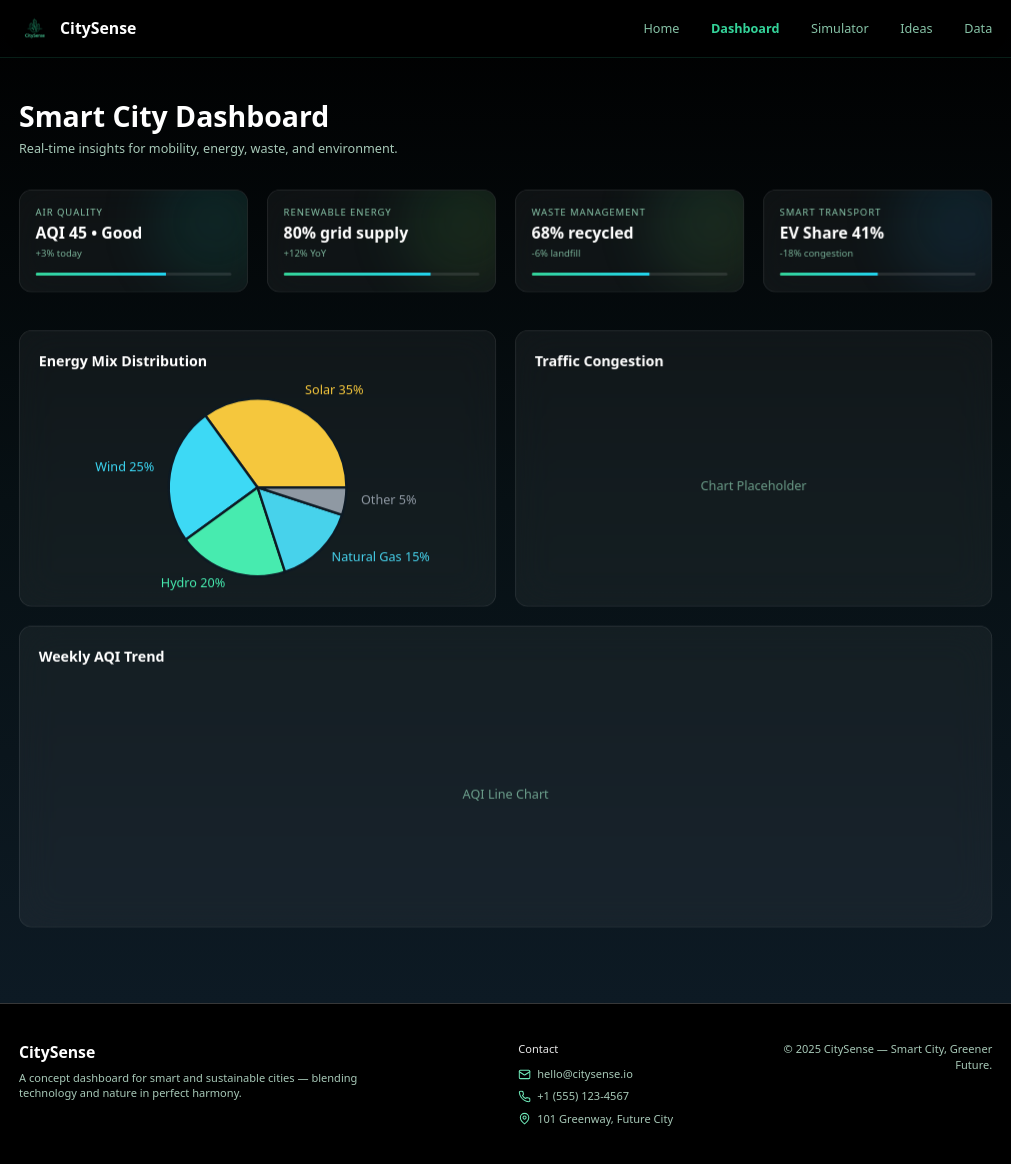
Repository: crashyet/CitySense
Page: /dashboard
The author's editor kept a copy of each file at every save. The page is drawn from the files as they stood at one save, then again after the next save.
The browser window is 1280 px wide. The pictures show the whole page, at 79% of full size.
The project was rebuilt for these pictures with package versions that can differ from the ones it lists, and the page was loaded fresh each time. Also part of the build but not shown: vite.config.js, src/pages/landing/Hero.jsx, src/pages/landing/DashboardPreview.jsx, src/pages/landing/Infographic.jsx, src/pages/landing/Community.jsx, src/pages/landing/index.jsx, src/pages/Simulator/index.jsx, src/pages/Ideas/index.jsx and 1 more.

Above is the page before, as saved 2025-11-16 23:19:43.

### src/App.jsx
import { Routes, Route } from "react-router-dom";

import Landing from "./pages/landing";
import Dashboard from "./pages/Dashboardpack";
import Simulator from "./pages/Simulator";
import Ideas from "./pages/Ideas";
import DataPage from "./pages/Data";

export default function App() {
  return (
    <Routes>
      <Route path="/" element={<Landing />} />
      <Route path="/dashboard" element={<Dashboard />} />
      <Route path="/simulator" element={<Simulator />} />
      <Route path="/ideas" element={<Ideas />} />
      <Route path="/data" element={<DataPage />} />
    </Routes>
  );
}

### src/pages/Dashboardpack/index.jsx
import Navbar from "../../components/Navbar";
import Footer from "../../components/Footer";
import EnergyPieChart from "../../components/EnergyPieChart";

export default function Dashboardpack() {
  return (
    <>
      <Navbar />

      <div className="relative w-full bg-gradient-to-b from-black via-[#071014] to-[#0d1a24] text-white pb-24 pt-32">
        <div className="mx-auto max-w-7xl px-6">

          {/* Header */}
          <div className="mb-10">
            <h1 className="text-3xl md:text-4xl font-semibold">Smart City Dashboard</h1>
            <p className="text-emerald-100/80 mt-2">
              Real-time insights for mobility, energy, waste, and environment.
            </p>
          </div>

          {/* Top Stats */}
          <div className="grid grid-cols-1 md:grid-cols-2 lg:grid-cols-4 gap-6 mb-12">

            {/* CARD 1 */}
            <div className="group relative overflow-hidden rounded-2xl border border-white/10 bg-white/5 p-5 backdrop-blur-xl transition hover:border-emerald-300/40">
              <div className="absolute -right-10 -top-10 h-40 w-40 rounded-full bg-gradient-to-br
              from-cyan-500/30 to-emerald-500/30 opacity-40 blur-2xl" />

              <div className="relative">
                <p className="text-xs uppercase tracking-widest text-emerald-200/80">Air Quality</p>
                <p className="mt-1 text-xl font-semibold">AQI 45 • Good</p>
                <p className="text-xs text-emerald-200/70 mt-1">+3% today</p>
                <div className="mt-4 h-1 w-full bg-white/10 rounded-full overflow-hidden">
                  <div className="h-full w-2/3 bg-gradient-to-r from-emerald-400 to-cyan-400"></div>
                </div>
              </div>
            </div>

            {/* CARD 2 */}
            <div className="group relative overflow-hidden rounded-2xl border border-white/10 bg-white/5 p-5 backdrop-blur-xl transition hover:border-emerald-300/40">
              <div className="absolute -right-10 -top-10 h-40 w-40 rounded-full bg-gradient-to-br
              from-emerald-500/30 to-lime-400/30 opacity-40 blur-2xl" />

              <div className="relative">
                <p className="text-xs uppercase tracking-widest text-emerald-200/80">Renewable Energy</p>
                <p className="mt-1 text-xl font-semibold">80% grid supply</p>
                <p className="text-xs text-emerald-200/70 mt-1">+12% YoY</p>
                <div className="mt-4 h-1 w-full bg-white/10 rounded-full overflow-hidden">
                  <div className="h-full w-3/4 bg-gradient-to-r from-emerald-400 to-cyan-400"></div>
                </div>
              </div>
            </div>

            {/* CARD 3 */}
            <div className="group relative overflow-hidden rounded-2xl border border-white/10 bg-white/5 p-5 backdrop-blur-xl transition hover:border-emerald-300/40">
              <div className="absolute -right-10 -top-10 h-40 w-40 rounded-full bg-gradient-to-br
              from-teal-400/30 to-lime-400/30 opacity-40 blur-2xl" />

              <div className="relative">
                <p className="text-xs uppercase tracking-widest text-emerald-200/80">Waste Management</p>
                <p className="mt-1 text-xl font-semibold">68% recycled</p>
                <p className="text-xs text-emerald-200/70 mt-1">-6% landfill</p>
                <div className="mt-4 h-1 w-full bg-white/10 rounded-full overflow-hidden">
                  <div className="h-full w-3/5 bg-gradient-to-r from-emerald-400 to-cyan-400"></div>
                </div>
              </div>
            </div>

            {/* CARD 4 */}
            <div className="group relative overflow-hidden rounded-2xl border border-white/10 bg-white/5 p-5 backdrop-blur-xl transition hover:border-emerald-300/40">
              <div className="absolute -right-10 -top-10 h-40 w-40 rounded-full bg-gradient-to-br
              from-cyan-500/30 to-blue-500/30 opacity-40 blur-2xl" />

              <div className="relative">
                <p className="text-xs uppercase tracking-widest text-emerald-200/80">Smart Transport</p>
                <p className="mt-1 text-xl font-semibold">EV Share 41%</p>
                <p className="text-xs text-emerald-200/70 mt-1">-18% congestion</p>
                <div className="mt-4 h-1 w-full bg-white/10 rounded-full overflow-hidden">
                  <div className="h-full w-1/2 bg-gradient-to-r from-emerald-400 to-cyan-400"></div>
                </div>
              </div>
            </div>
          </div>

          {/* 2 Column Charts */}
          <div className="grid grid-cols-1 md:grid-cols-2 gap-6">

            {/* ENERGY DISTRIBUTION */}
            <div className="rounded-2xl border border-white/10 bg-white/5 p-6 backdrop-blur-xl md:col-span-1">
              <h3 className="text-lg font-semibold mb-4">Energy Mix Distribution</h3>

              <div className="h-64">
                <EnergyPieChart />
              </div>
            </div>

            {/* TRAFFIC */}
            <div className="rounded-2xl border border-white/10 bg-white/5 p-6 backdrop-blur-xl">
              <h3 className="text-lg font-semibold mb-4">Traffic Congestion</h3>
              <div className="h-64 flex items-center justify-center text-emerald-200/60">
                Chart Placeholder
              </div>
            </div>

            {/* WEEKLY AQI */}
            <div className="rounded-2xl border border-white/10 bg-white/5 p-6 backdrop-blur-xl md:col-span-2">
              <h3 className="text-lg font-semibold mb-4">Weekly AQI Trend</h3>
              <div className="h-72 flex items-center justify-center text-emerald-200/60">
                AQI Line Chart
              </div>
            </div>

          </div>
        </div>
      </div>

      <Footer />
    </>
  );
}

### src/components/Navbar.jsx
import { NavLink } from "react-router-dom";
import { useState } from "react";
import Logo from "../assets/logo.png"; // sesuaikan path logo

export default function Navbar() {
  const [open, setOpen] = useState(false);

  const linkClass = ({ isActive }) =>
    isActive
      ? "text-emerald-400 font-semibold"
      : "text-emerald-200/80 hover:text-white";

  return (
    <header className="fixed w-full z-50 bg-black/40 backdrop-blur-xl border-b border-emerald-400/20 px-6 py-4">
      <div className="max-w-7xl mx-auto flex justify-between items-center">

        {/* LOGO */}
        <NavLink to="/" className="flex items-center gap-3">
          <img src={Logo} className="w-10 h-10" />
          <span className="text-xl text-white font-semibold">CitySense</span>
        </NavLink>

        {/* DESKTOP NAV */}
        <nav className="hidden md:flex gap-10">
          <NavLink to="/" className={linkClass}>Home</NavLink>
          <NavLink to="/dashboard" className={linkClass}>Dashboard</NavLink>
          <NavLink to="/simulator" className={linkClass}>Simulator</NavLink>
          <NavLink to="/ideas" className={linkClass}>Ideas</NavLink>
          <NavLink to="/data" className={linkClass}>Data</NavLink>
        </nav>

        {/* MOBILE BUTTON */}
        <button className="md:hidden text-white" onClick={() => setOpen(!open)}>
          {open ? "✖" : "☰"}
        </button>
      </div>

      {/* MOBILE NAV */}
      {open && (
        <div className="md:hidden bg-black/60 backdrop-blur-lg px-6 pb-4 flex flex-col gap-3">
          <NavLink onClick={() => setOpen(false)} to="/" className="text-white">Home</NavLink>
          <NavLink onClick={() => setOpen(false)} to="/dashboard" className="text-white">Dashboard</NavLink>
          <NavLink onClick={() => setOpen(false)} to="/simulator" className="text-white">Simulator</NavLink>
          <NavLink onClick={() => setOpen(false)} to="/ideas" className="text-white">Ideas</NavLink>
          <NavLink onClick={() => setOpen(false)} to="/data" className="text-white">Data</NavLink>
        </div>
      )}
    </header>
  );
}

### src/components/Footer.jsx
import React from "react";

const Footer = () => {
  return (
    <footer id="contact" className="relative w-full bg-black text-white">
      <div className="mx-auto max-w-7xl px-6 py-12">

        <div className="grid grid-cols-1 gap-8 md:grid-cols-4">

          {/* Brand */}
          <div className="col-span-2">
            <h4 className="text-xl font-semibold">CitySense</h4>
            <p className="mt-2 max-w-md text-sm text-emerald-100/80">
              A concept dashboard for smart and sustainable cities — blending
              technology and nature in perfect harmony.
            </p>
          </div>

          {/* Contact */}
          <div>
            <p className="text-sm font-medium text-white/90">Contact</p>
            <ul className="mt-3 space-y-2 text-sm text-emerald-100/80">

              <li className="flex items-center gap-2">
                <svg xmlns="http://www.w3.org/2000/svg" width="24" height="24"
                  viewBox="0 0 24 24" fill="none" stroke="currentColor"
                  strokeWidth="2" strokeLinecap="round" strokeLinejoin="round"
                  className="lucide lucide-mail h-4 w-4 text-emerald-300">
                  <rect width="20" height="16" x="2" y="4" rx="2"></rect>
                  <path d="m22 7-8.97 5.7a1.94 1.94 0 0 1-2.06
                    0L2 7"></path>
                </svg>
                hello@citysense.io
              </li>

              <li className="flex items-center gap-2">
                <svg xmlns="http://www.w3.org/2000/svg" width="24" height="24"
                  viewBox="0 0 24 24" fill="none" stroke="currentColor"
                  strokeWidth="2" strokeLinecap="round" strokeLinejoin="round"
                  className="lucide lucide-phone h-4 w-4 text-emerald-300">
                  <path d="M22 16.92v3a2 2 0 0 1-2.18
                    2 19.79 19.79 0 0 1-8.63-3.07 19.5
                    19.5 0 0 1-6-6 19.79 19.79 0 0
                    1-3.07-8.67A2 2 0 0 1 4.11 2h3a2
                    2 0 0 1 2 1.72 12.84 12.84 0 0
                    0 .7 2.81 2 2 0 0 1-.45
                    2.11L8.09 9.91a16 16 0 0 0 6
                    6l1.27-1.27a2 2 0 0 1 2.11-.45
                    12.84 12.84 0 0 0 2.81.7A2
                    2 0 0 1 22 16.92z"></path>
                </svg>
                +1 (555) 123-4567
              </li>

              <li className="flex items-center gap-2">
                <svg xmlns="http://www.w3.org/2000/svg" width="24" height="24"
                  viewBox="0 0 24 24" fill="none" stroke="currentColor"
                  strokeWidth="2" strokeLinecap="round" strokeLinejoin="round"
                  className="lucide lucide-map-pin h-4 w-4 text-emerald-300">
                  <path d="M20 10c0 6-8 12-8
                    12s-8-6-8-12a8 8 0 0 1
                    16 0Z"></path>
                  <circle cx="12" cy="10" r="3"></circle>
                </svg>
                101 Greenway, Future City
              </li>

            </ul>
          </div>

          {/* Copyright */}
          <div className="md:text-right">
            <p className="text-sm text-emerald-100/80">
              © 2025 CitySense — Smart City, Greener Future.
            </p>
          </div>

        </div>
      </div>
    </footer>
  );
};

export default Footer;

### src/components/EnergyPieChart.jsx
import { PieChart, Pie, Cell, Tooltip, ResponsiveContainer } from "recharts";

const data = [
  { name: "Solar", value: 35, color: "hsl(45 90% 60%)" },
  { name: "Wind", value: 25, color: "hsl(189 90% 60%)" },
  { name: "Hydro", value: 20, color: "hsl(158 80% 60%)" },
  { name: "Natural Gas", value: 15, color: "hsl(189 80% 60%)" },
  { name: "Other", value: 5, color: "hsl(210 10% 60%)" },
];

export default function EnergyPieChart() {
  return (
    <div className="w-full h-[260px] flex items-center justify-center">
      <ResponsiveContainer width="100%" height="100%">
        <PieChart>
          <Pie
            data={data}
            dataKey="value"
            nameKey="name"
            cx="50%"
            cy="50%"
            outerRadius="90%"
            stroke="#0d1a24"     // darker outline → modern look
            strokeWidth={3}
            paddingAngle={0}     // spacing antar sektor (lebih elegan)
            label={({ name, value }) => `${name} ${value}%`}
            labelLine={false}    // tanpa garis — lebih bersih
          >
            {data.map((entry, index) => (
              <Cell key={index} fill={entry.color} />
            ))}
          </Pie>

          {/* Tooltip modern dengan glassmorphism */}
          <Tooltip
            contentStyle={{
              background: "rgba(0,0,0,0.4)",
              border: "1px solid rgba(255,255,255,0.15)",
              backdropFilter: "blur(6px)",
              color: "#fff",
              borderRadius: "10px",
              padding: "8px 12px",
              fontSize: "14px",
            }}
            itemStyle={{ color: "#fff" }}
          />
        </PieChart>
      </ResponsiveContainer>
    </div>
  );
}

Loaded but not shown: index.html (common file); src/main.jsx (common file); src/index.css (common file); tailwind.config.js (common file)

After the next save:
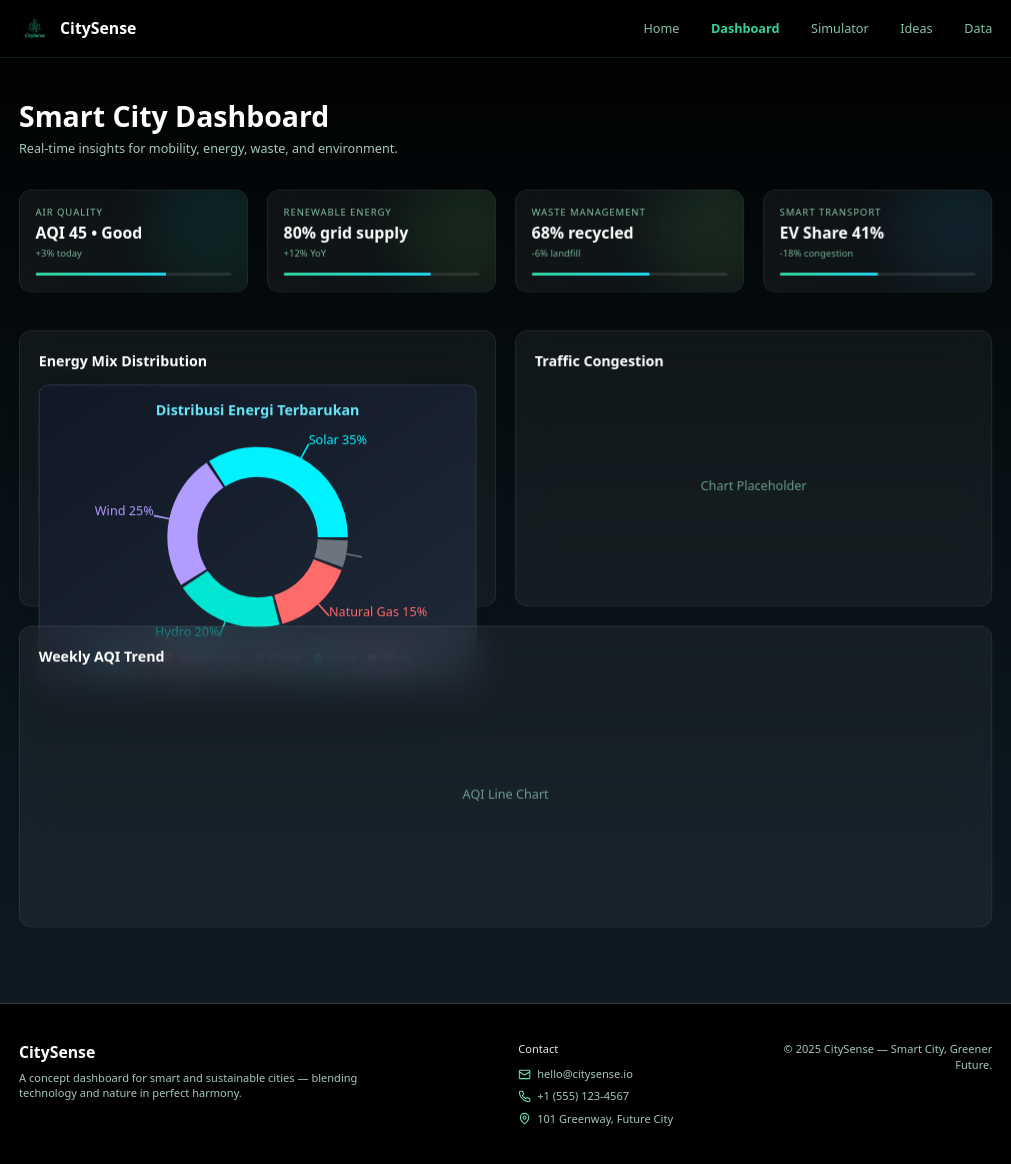
Saved 4 min 18 s later.
--- a/src/components/EnergyPieChart.jsx
+++ b/src/components/EnergyPieChart.jsx
@@ -1,51 +1,94 @@
-import { PieChart, Pie, Cell, Tooltip, ResponsiveContainer } from "recharts";
+import { PieChart, Pie, Cell, Tooltip, ResponsiveContainer, Legend } from "recharts";
 
 const data = [
-  { name: "Solar", value: 35, color: "hsl(45 90% 60%)" },
-  { name: "Wind", value: 25, color: "hsl(189 90% 60%)" },
-  { name: "Hydro", value: 20, color: "hsl(158 80% 60%)" },
-  { name: "Natural Gas", value: 15, color: "hsl(189 80% 60%)" },
-  { name: "Other", value: 5, color: "hsl(210 10% 60%)" },
+  { name: "Solar", value: 35, color: "#00f2fe", lightColor: "rgba(0, 242, 254, 0.1)" },
+  { name: "Wind", value: 25, color: "#b29cff", lightColor: "rgba(178, 156, 255, 0.1)" },
+  { name: "Hydro", value: 20, color: "#00e6d2", lightColor: "rgba(0, 230, 209, 0.1)" },
+  { name: "Natural Gas", value: 15, color: "#ff6b6b", lightColor: "rgba(255, 107, 107, 0.1)" },
+  { name: "Other", value: 5, color: "#6c757d", lightColor: "rgba(108, 117, 125, 0.1)" },
 ];
 
 export default function EnergyPieChart() {
   return (
-    <div className="w-full h-[260px] flex items-center justify-center">
-      <ResponsiveContainer width="100%" height="100%">
-        <PieChart>
-          <Pie
-            data={data}
-            dataKey="value"
-            nameKey="name"
-            cx="50%"
-            cy="50%"
-            outerRadius="90%"
-            stroke="#0d1a24"     // darker outline → modern look
-            strokeWidth={3}
-            paddingAngle={0}     // spacing antar sektor (lebih elegan)
-            label={({ name, value }) => `${name} ${value}%`}
-            labelLine={false}    // tanpa garis — lebih bersih
-          >
-            {data.map((entry, index) => (
-              <Cell key={index} fill={entry.color} />
-            ))}
-          </Pie>
+    <div className="p-4 bg-gradient-to-br from-gray-900 to-gray-800 rounded-xl shadow-2xl border border-gray-700">
+      {/* Judul Grafik */}
+      <h3 className="text-lg font-semibold text-cyan-300 mb-4 text-center">
+        Distribusi Energi Terbarukan
+      </h3>
 
-          {/* Tooltip modern dengan glassmorphism */}
-          <Tooltip
-            contentStyle={{
-              background: "rgba(0,0,0,0.4)",
-              border: "1px solid rgba(255,255,255,0.15)",
-              backdropFilter: "blur(6px)",
-              color: "#fff",
-              borderRadius: "10px",
-              padding: "8px 12px",
-              fontSize: "14px",
-            }}
-            itemStyle={{ color: "#fff" }}
-          />
-        </PieChart>
-      </ResponsiveContainer>
+      <div className="w-full h-[300px] flex items-center justify-center">
+        <ResponsiveContainer width="100%" height="100%">
+          <PieChart>
+            <Pie
+              data={data}
+              dataKey="value"
+              nameKey="name"
+              cx="50%"
+              cy="50%"
+              innerRadius="60%"    // Efek donat yang lebih lebar
+              outerRadius="90%"
+              stroke="rgba(255,255,255,0.1)"
+              strokeWidth={2}
+              paddingAngle={2}
+              label={({ name, percent }) => {
+                const formattedPercent = (percent * 100).toFixed(0);
+                return formattedPercent > 5 ? `${name}\n${formattedPercent}%` : null; // Hanya tampilkan label jika cukup besar
+              }}
+              labelLine={true}    // Garis label tetap aktif untuk keterbacaan
+              labelStyle={{ fill: '#e2e8f0', fontSize: 12, fontWeight: 'bold', stroke: 'none' }}
+            >
+              {data.map((entry, index) => (
+                <Cell
+                  key={`cell-${index}`}
+                  fill={entry.color}
+                  stroke="none"
+                  style={{ outline: 'none' }}
+                />
+              ))}
+            </Pie>
+
+            {/* Tooltip Modern */}
+            <Tooltip
+              contentStyle={{
+                background: "rgba(15, 23, 42, 0.9)", // Biru gelap transparan
+                border: "1px solid rgba(56, 189, 248, 0.3)",
+                backdropFilter: "blur(8px)",
+                color: "#e2e8f0",
+                borderRadius: "8px",
+                padding: "10px",
+                fontSize: "13px",
+                boxShadow: "0 4px 12px rgba(0,0,0,0.2)",
+              }}
+              itemStyle={{ color: "#00f2fe" }}
+              formatter={(value) => [`${value}%`, 'Energi']}
+              labelStyle={{ color: "#b29cff", fontWeight: 'bold' }}
+            />
+
+            {/* Legenda di samping grafik (opsional, bisa dipindahkan ke bawah) */}
+            <Legend
+              layout="horizontal"
+              verticalAlign="bottom"
+              align="center"
+              content={(props) => {
+                const { payload } = props;
+                return (
+                  <ul className="flex flex-wrap justify-center gap-4 mt-4">
+                    {payload.map((entry, index) => (
+                      <li key={`item-${index}`} className="flex items-center">
+                        <span
+                          className="w-3 h-3 rounded-full mr-2"
+                          style={{ backgroundColor: entry.color }}
+                        ></span>
+                        <span className="text-gray-300 text-sm">{entry.value}</span>
+                      </li>
+                    ))}
+                  </ul>
+                );
+              }}
+            />
+          </PieChart>
+        </ResponsiveContainer>
+      </div>
     </div>
   );
 }
